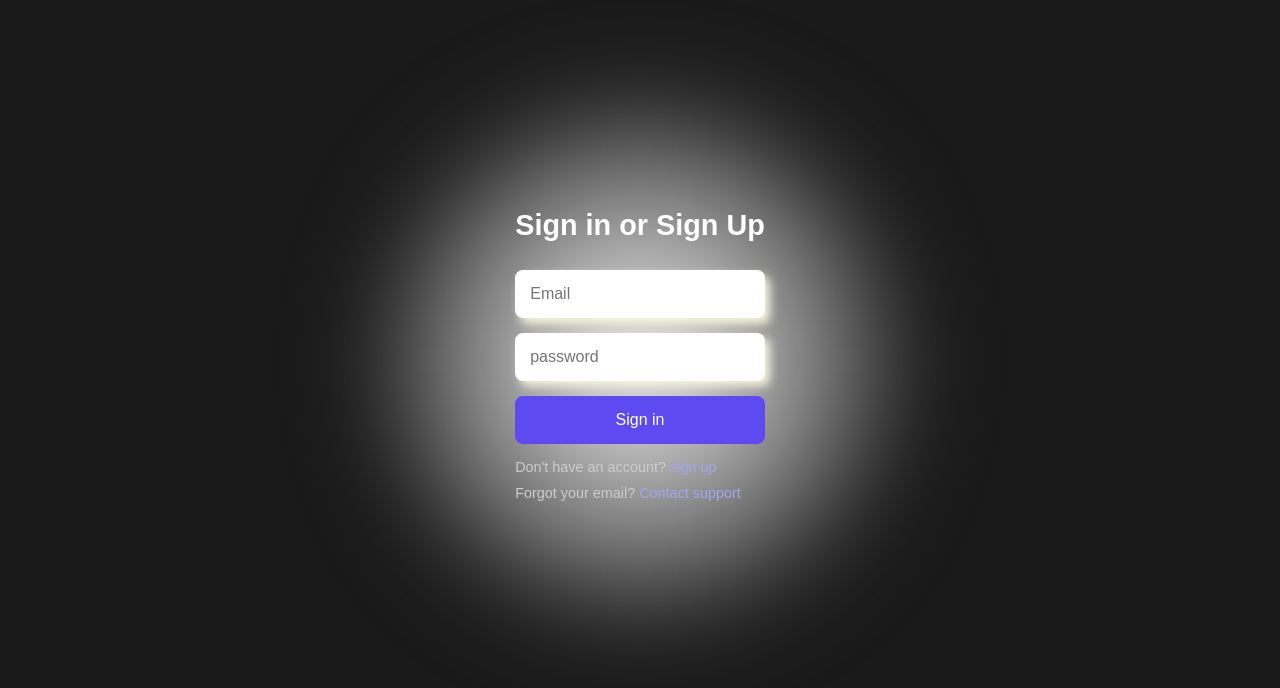
Repository: cmd-keyu/mobileppsh
Page: pages/login.html
An editor plug-in stored every save of this project. The page is shown before and after the next save, followed by the edit.
The browser window is 1280 px wide. The pictures show the whole page.

Above is the page before, as saved 2024-11-12 12:21:50.

### pages/login.html
<!DOCTYPE html>
<html lang="en">
<head>
  <meta charset="UTF-8">
  <meta name="viewport" content="width=device-width, initial-scale=1.0">
  <title>Sign In Form</title>
  <link rel="stylesheet" href="../css/login.css">
  <script src="../javascript/login.js" defer></script>
</head>
<body>
  <div class="container">
    <div class="glow-box">
      <h2 style="color: white;">Sign in or Sign Up</h2>
      <br>
      <!-- <p>All that is required is only your email for sign-up or sign-in!!</p> -->
      <form action="account.html">
        <div class="sign-up">
            <input type="text" placeholder="name" class="disabled-btn">
            <br>
            <br>
            <input type="text" placeholder="address (Optional)">
            <br>
            </div>
        <input type="email" placeholder="Email" required>
        <input type="password" placeholder="password" required>
        <button type="submit" class="sign-in-btn-hide">Sign in</button>
        <button type="submit" class="sign-up-btn-hide">Sign up</button>
      </form>
      <div class="support">
        <p class="sign-up-text-hide">Don't have an account? <label for="sign-up-btn" class="colorsnup">sign up</label><button class="sign-up-btn hide-btn2" id="sign-up-btn">sign up</button></p>
        <p class="sign-in-text-hide">Already have an account? <label for="sign-in-btn" class="colorsnup">sign in</label><button class="sign-in-btn hide-btn2" id="sign-in-btn">sign in</button></p>
        <p>Forgot your email? <a href="#">Contact support</a></p>
      </div>
    </div>
  </div>
</body>
</html>

### css/login.css
* {
    margin: 0;
    padding: 0;
    box-sizing: border-box;
    font-family: Arial, sans-serif;
  }

  body {
    display: flex;
    justify-content: center;
    align-items: center;
    height: 100vh;
    background-color: #1a1a1a;
  }

  .container {
    display: flex;
    justify-content: center;
    align-items: center;
    height: 100%;
  }

  .glow-box::before {
    content: '';
    position: absolute;
    top: 50%;
    left: 50%;
    width: 500px;
    height: 500px;
    background: radial-gradient(circle, white, black);
    transform: translate(-50%, -50%);
    z-index: -1;
    border-radius: 50%;
    filter: blur(50px);
  }

  h2 {
    font-size: 1.8em;
    margin-bottom: 10px;
  }
  label:hover{

    text-decoration: underline;

  }

  p {
    margin-bottom: 10px;
    font-size: 0.9em;
    color: #ccc;
  }

  form {
    display: flex;
    flex-direction: column;
    gap: 15px;
  }

  input[type="email"] {
    padding: 15px;
    font-size: 1em;
    border: none;
    border-radius: 8px;
    outline: none;
    width: 100%;
     box-shadow: 5px 6px 10px beige;
     color: wheat;

  }
  input[type="password"] {
    padding: 15px;
    font-size: 1em;
    border: none;
    border-radius: 8px;
    outline: none;
    width: 100%;
     box-shadow: 5px 5px 10px beige;

  }

  input[type="text"] {
    padding: 15px;
    font-size: 1em;
    border: none;
    border-radius: 8px;
    outline: none;
    width: 100%;
     box-shadow: 9px 9px 10px beige;

  }

  button {
    padding: 15px;
    font-size: 1em;
    background-color: #5e4af1;
    color: #fff;
    border: none;
    border-radius: 8px;
    cursor: pointer;
    transition: background 0.3s;
  }

  button:hover {
    background-color: #4a3bdb;
  }

  .support {
    margin-top: 15px;
  }

  .support a {
    color: #a1a7f1;
    text-decoration: none;
  }

  .support a:hover {
    text-decoration: underline;
  }

  .sign-up{
    display: none;
  }

  .colorsnup{
    color: #a1a7f1;
  }

  .sign-up-btn-hide{
    display: none;
  }

  .hide-btn2{
    display: none;
  }

  .sign-in-text-hide{
    display: none;
  }
  .hi{
    /* border: none; */
    background-color: inherit;
    border-bottom: solid beige 1px;
    box-shadow: 9px 9px 10px beige;
  }

### javascript/login.js

const sign_up = document.querySelector('.sign-up')
const sign_up_btn = document.querySelector('.sign-up-btn')
const sign_in_btn = document.querySelector('.sign-in-btn')
const sign_in_btn_hide = document.querySelector('.sign-in-btn-hide')
const sign_up_btn_hide = document.querySelector('.sign-up-btn-hide')
const sign_in_text_hide = document.querySelector('.sign-in-text-hide')
const sign_up_text_hide = document.querySelector('.sign-up-text-hide')
const disabled_btn = document.querySelector('.disabled-btn')

sign_up_btn.addEventListener("click", () => {

  sign_up.style.display = 'block'
  sign_in_btn_hide.style.display = 'none'
  sign_up_btn_hide.style.display = 'block'
  sign_in_text_hide.style.display = 'block'
  sign_up_text_hide.style.display = 'none'
  disabled_btn.setAttribute('required', true)

})

sign_in_btn.addEventListener("click", () => {

  sign_up.style.display = 'none'
  sign_in_btn_hide.style.display = 'block'
  sign_up_btn_hide.style.display = 'none'
  sign_in_text_hide.style.display = 'none'
  sign_up_text_hide.style.display = 'block'
  disabled_btn.setAttribute('required', false)

})

After the next save:
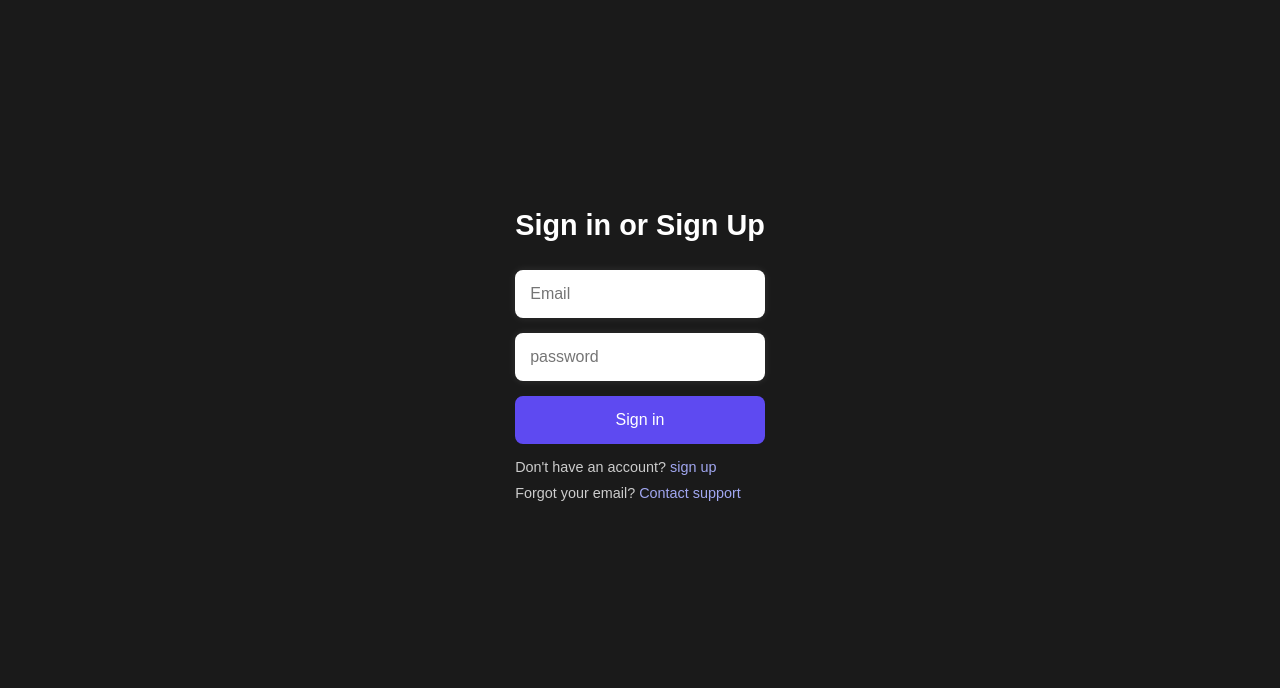
Saved 22 s later.
--- a/css/login.css
+++ b/css/login.css
@@ -27,7 +27,7 @@
     left: 50%;
     width: 500px;
     height: 500px;
-    background: radial-gradient(circle, white, black);
+    background: radial-gradient(circle, black, white, );
     transform: translate(-50%, -50%);
     z-index: -1;
     border-radius: 50%;
@@ -63,9 +63,7 @@
     border-radius: 8px;
     outline: none;
     width: 100%;
-     box-shadow: 5px 6px 10px beige;
-     color: wheat;
-
+    box-shadow: 0 0 8px rgba(255, 255, 255, 0.1);
   }
   input[type="password"] {
     padding: 15px;
@@ -74,8 +72,7 @@
     border-radius: 8px;
     outline: none;
     width: 100%;
-     box-shadow: 5px 5px 10px beige;
-
+    box-shadow: 0 0 8px rgba(255, 255, 255, 0.1);
   }
 
   input[type="text"] {
@@ -85,8 +82,7 @@
     border-radius: 8px;
     outline: none;
     width: 100%;
-     box-shadow: 9px 9px 10px beige;
-
+    box-shadow: 0 0 8px rgba(255, 255, 255, 0.1);
   }
 
   button {
@@ -136,9 +132,3 @@
   .sign-in-text-hide{
     display: none;
   }
-  .hi{
-    /* border: none; */
-    background-color: inherit;
-    border-bottom: solid beige 1px;
-    box-shadow: 9px 9px 10px beige;
-  }
